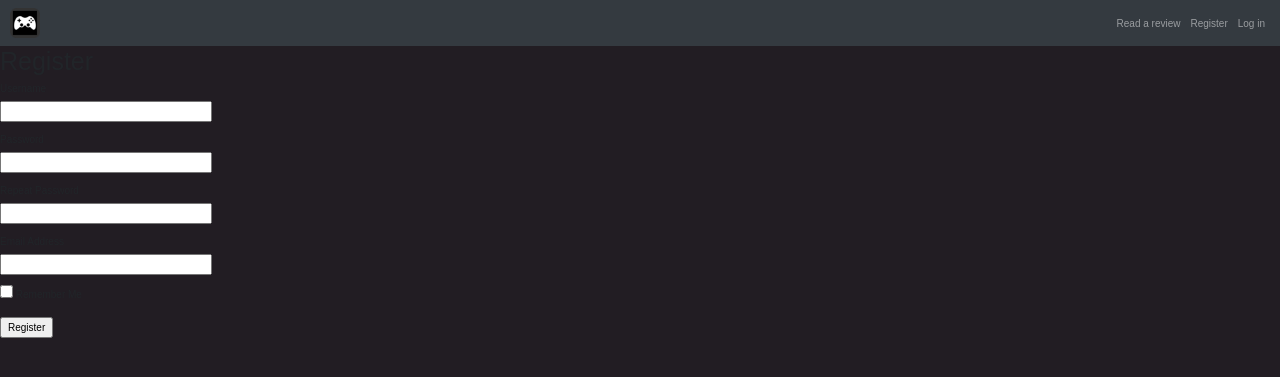
Repository: amit238/milestone-project-3
Page: http://localhost/register
The author's editor kept a record of every edit. The page is drawn from the files as they stood at one moment, then again after the next edit.
The browser window is 1280 px wide. The pictures show the whole page.
Some web libraries are served in a nearby version. The page is served by the project's application, run on Flask 3 (app.py).

Above is the page before.

### templates/register.html
{% extends "base.html" %}
{% block nav_register %}active{% endblock %}
{% block content %}
    <h1 class="color-center-header">Register</h1>
    {% with messages = get_flashed_messages() %}
        {% if messages %}
            <ul>
                {% for message in messages %}
                    <li class="alert-warning">{{ message }}</li>
                {% endfor %}
            </ul>
        {% endif %}
    {% endwith %}
    <form action="" method="post">
        {{ form.csrf_token }}
        <p>
            {{ form.username.label }}<br>
            {{ form.username(size=32) }}<br
            {% for error in form.username.errors %}
                <span style="color: red;">{{ error }}</span>
            {% endfor %}
        </p>
        <p>
            {{ form.password.label }}<br>
            {{ form.password(size=32) }}<br>
            {% for error in form.password.errors %}
                <span style="color: red;">{{ error }}</span>
            {% endfor %}
        </p>
        <p>
            {{ form.password2.label }}<br>
            {{ form.password2(size=32) }}<br>
            {% for error in form.password2.errors %}
                <span style="color: red;">{{ error }}</span>
            {% endfor %}
        </p>
        <p>
            {{ form.email.label }}<br>
            {{ form.email(size=32) }}<br>
            {% for error in form.email.errors %}
                <span style="color: red;">{{ error }}</span>
            {% endfor %}
        </p>
        <p>
            {{ form.remember_me() }} {{ form.remember_me.label }}
        </p>
        <p>{{ form.submit() }}</p>
    </form>
{% endblock %}

### templates/base.html
<!DOCTYPE html>
<html lang="en">

<head>
  <meta charset="UTF-8">
  <meta name="viewport" content="width=device-width, initial-scale=1.0">
  <meta http-equiv="X-UA-Compatible" content="ie=edge"> {% if title %}
  <title>GameScan - {{ title }} </title>
  {% else %}
  <title>Welcome to GameScan!</title>
  {% endif %}
  <link rel="stylesheet" href="https://maxcdn.bootstrapcdn.com/bootstrap/4.2.1/css/bootstrap.min.css" type="text/css" />
  <link rel="stylesheet" href="https://use.fontawesome.com/releases/v5.0.10/css/all.css" integrity="sha384-+d0P83n9kaQMCwj8F4RJB66tzIwOKmrdb46+porD/OvrJ+37WqIM7UoBtwHO6Nlg" crossorigin="anonymous">
  <link rel="stylesheet" href="{{url_for('static', filename='css/style.css')}}" type="text/css" />
  <link rel="shortcut icon" type="image/ico" href="{{ url_for('static', filename='img/favicon.ico') }}" />
</head>

<body>
  <header>
    <nav class="navbar navbar-expand-lg navbar-dark bg-dark ">
      <a class="navbar-brand" href="{{ url_for('index') }}">
       <img src="{{ url_for('static', filename='img/favicon.ico') }}" width="30" height="30" alt="">
  </a>
      <button class="navbar-toggler" type="button" data-toggle="collapse" data-target="#navbarNavAltMarkup" aria-controls="navbarNavAltMarkup" aria-expanded="false" aria-label="Toggle navigation">
    <span class="navbar-toggler-icon"></span>
  </button>
      <div class="collapse navbar-collapse" id="navbarNavAltMarkup">
        <div class="navbar-nav ml-auto">
          {% if session['logged_in'] == True %}
          <a class="nav-item nav-link" href="{{ url_for('reviews') }}">Read a review</a>
          <a class="nav-item nav-link" href="{{ url_for('addreview') }}">Create a review</a>
          <a class="nav-item nav-link" href="{{ url_for('logout') }}">Sign Out</a>
          {% else %}
          <a class="nav-item nav-link" href="{{ url_for('reviews') }}">Read a review</a>
          <a class="nav-item nav-link" href="{{ url_for('register') }}">Register</a>
          <a class="nav-item nav-link" href="{{ url_for('login') }}">Log in</a>
          {% endif %}
        </div>
      </div>
    </nav>
    {% block content %} {% endblock %}
  </header>
  <script src="https://code.jquery.com/jquery-3.5.1.js" integrity="sha256-QWo7LDvxbWT2tbbQ97B53yJnYU3WhH/C8ycbRAkjPDc=" crossorigin="anonymous"></script>
  <script src="https://cdnjs.cloudflare.com/ajax/libs/popper.js/1.14.6/umd/popper.min.js" integrity="sha384-wHAiFfRlMFy6i5SRaxvfOCifBUQy1xHdJ/yoi7FRNXMRBu5WHdZYu1hA6ZOblgut" crossorigin="anonymous"></script>
  <script src="https://stackpath.bootstrapcdn.com/bootstrap/4.2.1/js/bootstrap.min.js" integrity="sha384-B0UglyR+jN6CkvvICOB2joaf5I4l3gm9GU6Hc1og6Ls7i6U/mkkaduKaBhlAXv9k" crossorigin="anonymous"></script>
</body>

</html>

### app.py
import os
if os.path.exists("env.py"):
  import env
from flask import Flask, render_template, redirect, request, url_for, flash, session
from forms import LoginForm, RegisterForm, ReviewGameForm
from flask_pymongo import PyMongo
from bson.objectid import ObjectId
import bcrypt

app = Flask(__name__)
app.config["MONGO_DBNAME"] = 'game_scan'
app.config["MONGO_URI"] = os.environ.get('MONGO_URI')

mongo = PyMongo(app)

SECRET_KEY = os.urandom(32)
app.config['SECRET_KEY'] = SECRET_KEY



@app.route('/reviews')
def reviews():
    return render_template('reviews.html', title="Read a review!", game_reviews=mongo.db.game_reviews.find())



@app.route('/')
def index():
    return render_template('index.html', title="Home")

# Adding Log in

@app.route('/login', methods=['GET', 'POST'])
def login():
    """Login handler"""
    if session.get('logged_in'):
        if session['logged_in'] is True:
            return redirect(url_for('index', title="Log In"))

    form = LoginForm()

    if form.validate_on_submit():
        # get all users
        users = mongo.db.users
        # try and get one with same name as entered
        db_user = users.find_one({'name': request.form['username']})

        if db_user:
            # check password using hashing
            if bcrypt.hashpw(request.form['password'].encode('utf-8'),
                             db_user['password']) == db_user['password']:
                session['username'] = request.form['username']
                session['logged_in'] = True
                # successful redirect to home logged in
                return redirect(url_for('index', title="Sign In", form=form))
            # must have failed set flash message
            flash('Invalid username/password combination')
    return render_template("login.html", title="Sign In", form=form)


@app.route('/logout')
def logout():
    """Clears session and redirects to home"""
    session.clear()
    return redirect(url_for('index'))

# Adding in Register form

@app.route('/register', methods=['GET', 'POST'])
def register():
    """Handles registration functionality"""
    form = RegisterForm(request.form)
    if form.validate_on_submit():
        # get all the users
        users = mongo.db.users
        # see if we already have the entered username
        existing_user = users.find_one({'name': request.form['username']})

        if existing_user is None:
            # hash the entered password
            hash_pass = bcrypt.hashpw(request.form['password'].encode('utf-8'), bcrypt.gensalt())
            # insert the user to DB
            users.insert_one({'name': request.form['username'],
                          'password': hash_pass,
                          'email': request.form['email']})
            session['username'] = request.form['username']
            return redirect(url_for('index'))
        # duplcate username set flash message and reload page
        flash('Sorry, that username is already taken - use another')
        return redirect(url_for('register'))
    return render_template('register.html', title='Register', form=form)

# Adding a review

@app.route('/addreview', methods=['GET', 'POST'])
def addreview():

# If user is not logged in a message will appear

    if 'logged_in' not in session:
        flash('To add a review you need to sign in', 'warning')
        return redirect(url_for('login'))

# If form submits successfully

    form = ReviewGameForm()
    if form.validate_on_submit():
        game_reviews=mongo.db.game_reviews


        # add form content to db as a new record
        game_reviews.insert_one({
            'user_created': request.form['user_created'],
            'name': request.form['name'],
            'genre': request.form['genre'],
            'rating': request.form['rating'],
            'description': request.form['description'],
            })

        flash('Your Review has been added ', 'success')

        # send to my reviews template on successful add
        return redirect(url_for('reviews'))

    return render_template('addreview.html', form=form,
                           title='Add a Review')



if __name__ == '__main__':
    app.run(host=os.environ.get('IP'),
            port=int(os.environ.get('PORT')),
            debug=True)

### forms.py
from flask_wtf import FlaskForm
from wtforms import StringField, PasswordField, BooleanField, SubmitField, TextAreaField, SelectField
from wtforms.validators import DataRequired, Length, EqualTo, Email


class LoginForm(FlaskForm):
    username = StringField('Username', validators=[DataRequired()])
    password = PasswordField('Password', validators=[DataRequired()])
    remember_me = BooleanField('Remember Me')
    submit = SubmitField('Sign In')


class RegisterForm(FlaskForm):
    username = StringField('Username', validators=[DataRequired(),
                                                   Length(min=4, max=20)])
    password = PasswordField('Password',
                             validators=[DataRequired(),
                                         EqualTo('password2', message='Passwords must match')])
    password2 = PasswordField('Repeat Password')
    email = StringField('Email Address', validators=[Length(min=6, max=35), Email()])
    remember_me = BooleanField('Remember Me')
    submit = SubmitField('Register')


class ReviewGameForm(FlaskForm):

    user_created = StringField('User Created', validators=[DataRequired(), Length(min=1, max=100)])

    name = StringField('Name', validators=[DataRequired(),Length(min=1, max=150)])

    genre = SelectField(u'Genre', choices=[
        ('action/adventure', 'Action/Adventure'),
        ('sports', 'Sports'),
        ('shooters', 'Shooters'),
        ('role-playing', 'Role-Playing'),
        ('racing', 'Racing'),
        ])

    rating = SelectField(u'Rating', choices=[
        ('1'),
        ('2'),
        ('3'),
        ('4'),
        ('5'),
        ('6'),
        ('7'),
        ('8'),
        ('9'),
        ('10'),
        ])

    description = TextAreaField('Description', validators=[DataRequired(), Length(min=2, max=1500)])

    submit_add = SubmitField('Add Review')

### static/css/style.css
html {
  font-size: 10px;
}
body {
  padding: 0;
  margin: 0;
  background-color: #221D23;
  font-family: "Comic Sans MS", cursive, sans-serif;
}

/*----Navbar----*/

/*----Homepage----*/

.addreview-form {
  background-color: #D1603D;
}

.card-position {
  text-align: center;
  padding-top: 10em;
}

.bg-color {
  background-color: #D1603D;
}

.title {
  color: #DDB967;
}

/*----Add Review----*/

.centre-header {
  text-align: center;
}


/*----Register----*/

After the next edit:
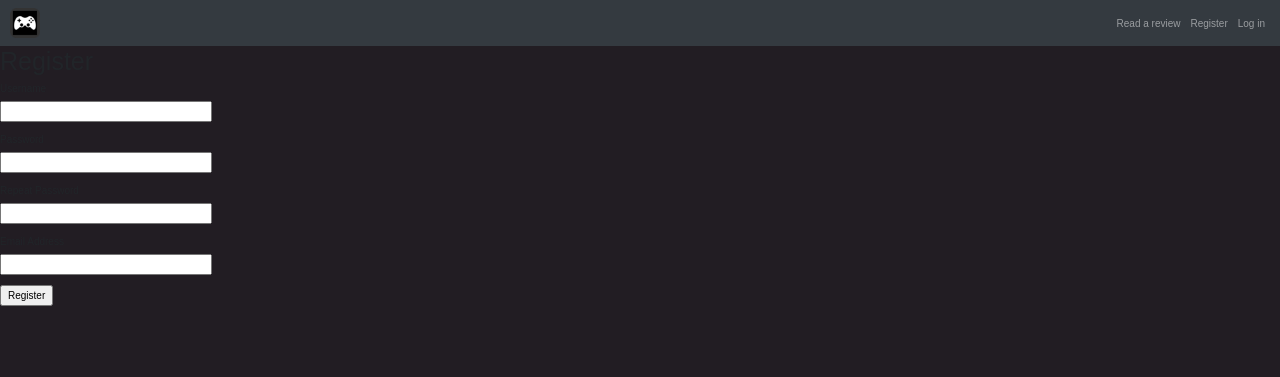
The edit:
--- a/templates/register.html
+++ b/templates/register.html
@@ -41,9 +41,6 @@
                 <span style="color: red;">{{ error }}</span>
             {% endfor %}
         </p>
-        <p>
-            {{ form.remember_me() }} {{ form.remember_me.label }}
-        </p>
         <p>{{ form.submit() }}</p>
     </form>
 {% endblock %}
